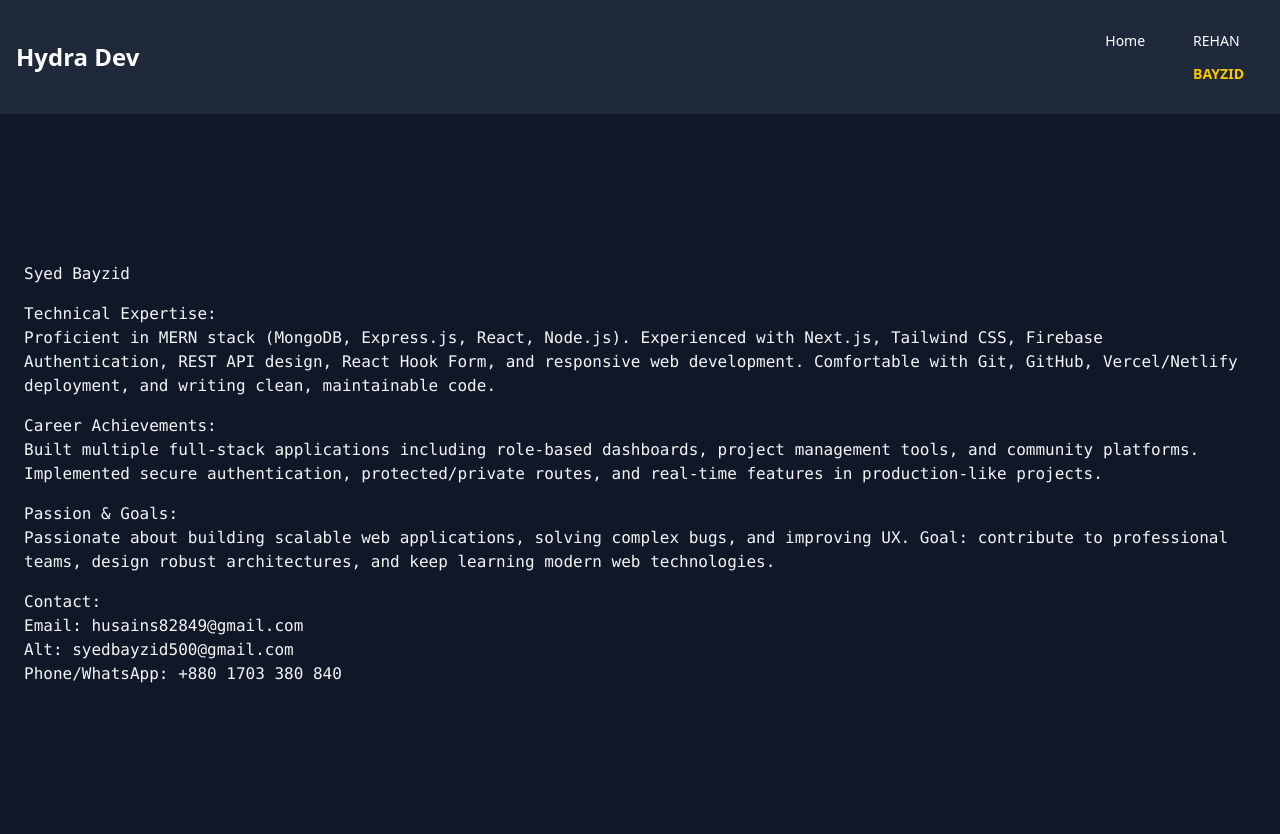
Repository: codeSmith-006/github-collab
Page: /bayzid
An editor plug-in stored every save of this project. The page is shown before and after the next save, followed by the edit.
The browser window is 1280 px wide. The pictures show the whole page.
The project was rebuilt for these pictures with package versions that can differ from the ones it lists, and the page was loaded fresh each time. Also part of the build but not shown: vite.config.js, src/App.jsx, src/Components/Navbar/active.css, src/Page/Home/Home.jsx, src/Page/Rehan/Rehan.jsx.

Above is the page before, as saved 2025-09-10 10:34:30.

### src/main.jsx
import { StrictMode } from "react";
import { createRoot } from "react-dom/client";
import "./index.css";
import App from "./App.jsx";
// import { RouterProvider } from "react-router";
import router from "./Routes/Router.jsx";
import { RouterProvider } from "react-router-dom";

createRoot(document.getElementById("root")).render(
  <StrictMode>
    <RouterProvider router={router} />
  </StrictMode>
);

### src/Routes/Router.jsx
import { Component } from "react";
// import { createBrowserRouter } from "react-router";
// import Home from "../Page/Home/Home";
import { createBrowserRouter } from "react-router-dom";
import Layout from "../Layout/Layout";
import Home from "../Page/Home/Home";
import Rehan from "../Page/Rehan/Rehan";
import Bayzid from "../Page/Bayzid/Bayzid";

let router = createBrowserRouter([
  {
    path: "/",
    Component: Layout,
    children: [
      {
        index: true,
        Component: Home,
      },
      {
        path: '/rehan',
        Component: Rehan
      },
      {
        path: '/bayzid',
        Component: Bayzid
      }
    ],
  },
]);

export default router;

### src/Layout/Layout.jsx
import React from "react";
import Navbar from "../Components/Navbar/Navbar";
import { Outlet } from "react-router-dom";

export default function Layout() {
  return (
    <div className="bg-gray-900">
      <Navbar></Navbar>
      <div className="flex items-center justify-center min-h-screen">
        <Outlet></Outlet>
      </div>
    </div>
  );
}

### src/Page/Bayzid/Bayzid.jsx
import React from 'react'

export default function Bayzid() {
    return (

        <section className="p-6 bg-gray-900 text-gray-100 font-mono rounded-lg space-y-4 whitespace-pre-wrap break-words">
            <div>
                <h2>Syed Bayzid</h2>
            </div>
            <div>
                <h4>Technical Expertise: </h4>
                <p>Proficient in MERN stack (MongoDB, Express.js, React, Node.js). Experienced with Next.js, Tailwind CSS, Firebase Authentication, REST API design, React Hook Form, and responsive web development. Comfortable with Git, GitHub, Vercel/Netlify deployment, and writing clean, maintainable code.</p>
            </div>
            <div>
                <h4>Career Achievements: </h4>
                <p>Built multiple full-stack applications including role-based dashboards, project management tools, and community platforms. Implemented secure authentication, protected/private routes, and real-time features in production-like projects.</p>
            </div>
            <div>
                <h4>Passion & Goals:    </h4>
                <p>Passionate about building scalable web applications, solving complex bugs, and improving UX. Goal: contribute to professional teams, design robust architectures, and keep learning modern web technologies.</p>
            </div>
            <div>
                <h4>Contact: </h4>
                <p>Email: husains82849@gmail.com</p>
                <p>Alt: syedbayzid500@gmail.com</p>
                <p>Phone/WhatsApp: +880 1703 380 840</p>
            </div>
        </section>
    )
}

### src/Components/Navbar/Navbar.jsx
import React from "react";
import { NavLink } from "react-router-dom";
import "./active.css"; // optional for custom styles

export default function Navbar() {
  return (
    <nav className="navbar bg-gray-800 text-white p-4 flex justify-between items-center">
      {/* Logo */}
      <div className="logo text-2xl font-bold">
        Hydra Dev
      </div>

      {/* Menu */}
      <ul className="menu flex flex-row gap-6">
        <li>
          <NavLink
            to="/"
            className={({ isActive }) =>
              isActive ? "text-yellow-400 font-bold" : "hover:text-yellow-300"
            }
          >
            Home
          </NavLink>
        </li>
        <li>
          <NavLink
            to="/rehan"
            className={({ isActive }) =>
              isActive ? "text-yellow-400 font-bold" : "hover:text-yellow-300"
            }
          >
            REHAN
          </NavLink>
          <NavLink
            to="/bayzid"
            className={({ isActive }) =>
              isActive ? "text-yellow-400 font-bold" : "hover:text-yellow-300"
            }
          >
            BAYZID
          </NavLink>
        </li>
      </ul>
    </nav>
  );
}

Loaded but not shown: index.html (common file); src/index.css (common file); src/App.css (no stored copy; drawn as an empty file)

After the next save:
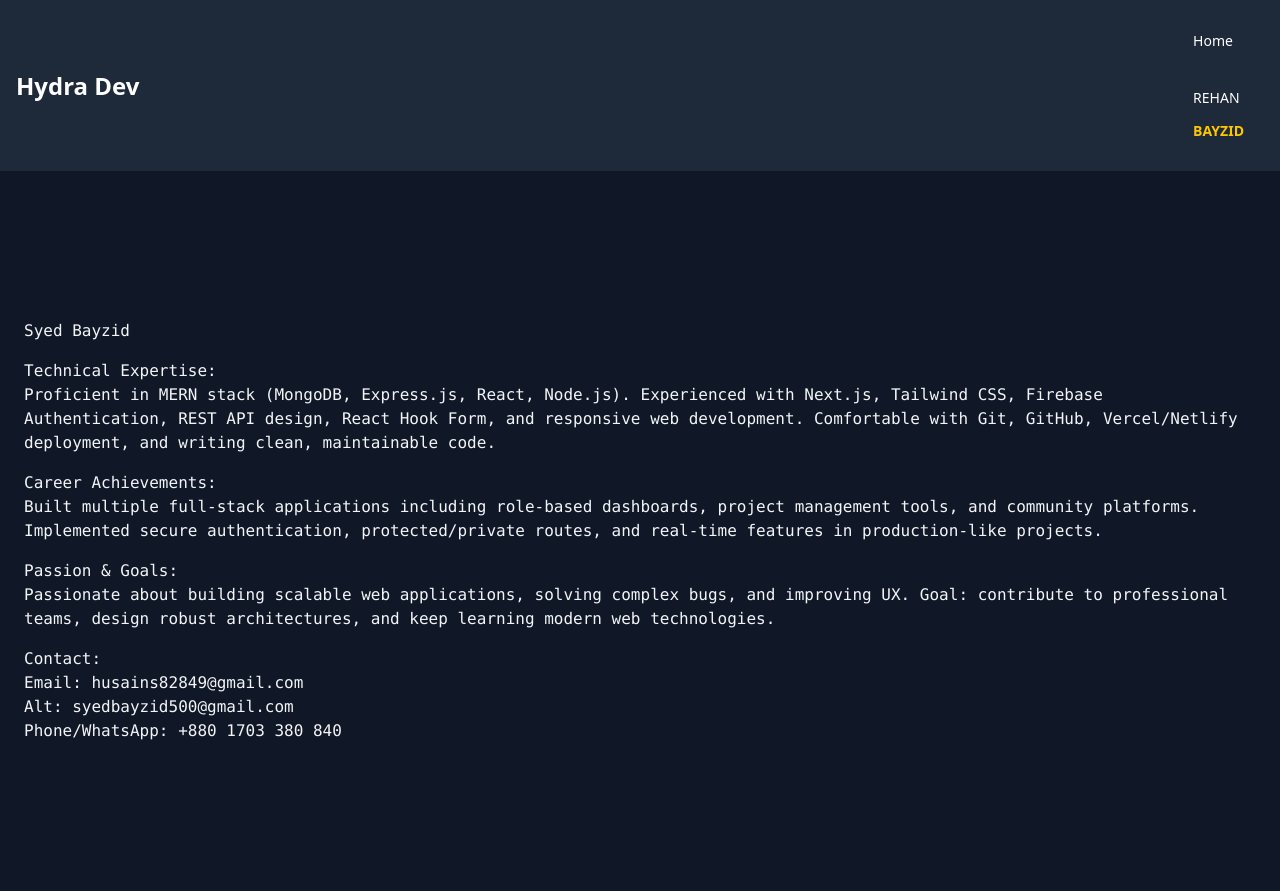
Saved 3 min 39 s later.
--- a/src/Components/Navbar/Navbar.jsx
+++ b/src/Components/Navbar/Navbar.jsx
@@ -11,7 +11,7 @@ export default function Navbar() {
       </div>
 
       {/* Menu */}
-      <ul className="menu flex flex-row gap-6">
+      <ul className="menu flex flex gap-6">
         <li>
           <NavLink
             to="/"
